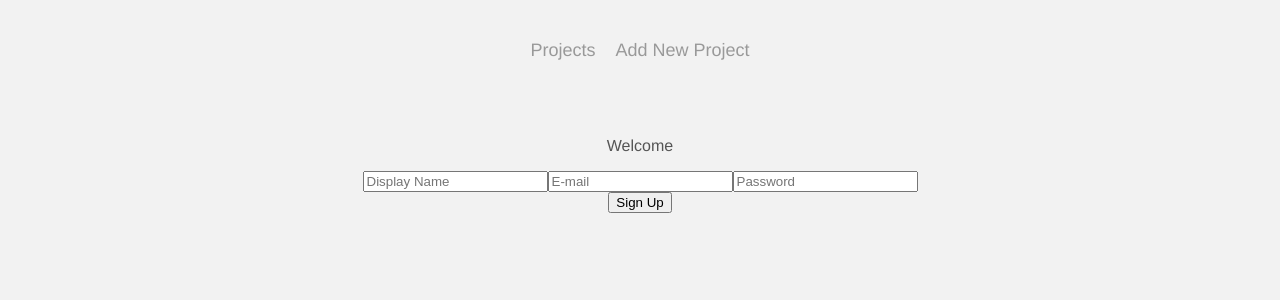
Repository: sercanisli/task-app
Page: /welcome
An editor plug-in stored every save of this project. The page is shown before and after the next save, followed by the edit.
The browser window is 1280 px wide. The pictures show the whole page.
The project was rebuilt for these pictures with package versions that can differ from the ones it lists, and the page was loaded fresh each time. Also part of the build but not shown: vue.config.js, src/components/SingleProject.vue, src/components/FilterNav.vue, src/views/Home.vue, src/assets/main.css. Imported but missing from the stored project, and not drawn on this page: src/views/AddProject.vue.

Above is the page before, as saved 2024-05-01 15:23:54.

### public/index.html
<!DOCTYPE html>
<html lang="">
  <head>
    <meta charset="utf-8">
    <meta http-equiv="X-UA-Compatible" content="IE=edge">
    <meta name="viewport" content="width=device-width,initial-scale=1.0">
    <link rel="icon" href="<%= BASE_URL %>favicon.ico">
    <title><%= htmlWebpackPlugin.options.title %></title>
    <link href="https://fonts.googleapis.com/icon?family=Material+Icons"
      rel="stylesheet">
  </head>
  <body>
    <noscript>
      <strong>We're sorry but <%= htmlWebpackPlugin.options.title %> doesn't work properly without JavaScript enabled. Please enable it to continue.</strong>
    </noscript>
    <div id="app"></div>
    <!-- built files will be auto injected -->
  </body>
</html>

### src/App.vue
<template>
  <div>
    <Navbar />
    <router-view/>
  </div>
</template>

<script>
import Navbar from "./components/Navbar.vue";
  export default {
    components:{
      Navbar
    }
  }
</script>

<style>
body{
  background: #f2f2f2;
}
#app {
  font-family: Avenir, Helvetica, Arial, sans-serif;
  -webkit-font-smoothing: antialiased;
  -moz-osx-font-smoothing: grayscale;
  max-width: 600px;
  margin: 0 auto;
  color: #555;
}
</style>

### src/router/index.js
import { createRouter, createWebHistory } from 'vue-router'
import Home from '../views/Home.vue'

const routes = [
  {
    path: '/',
    name: 'home',
    component: Home
  },
  {
    path: '/add',
    name: 'AddProject',
    component: () => import('../views/AddProject.vue')
  },
  {
    path: '/project/:id',
    name: 'EditProject',
    component: () => import('../views/EditProject.vue'),
    props:true
  },
  {
    path: '/welcome',
    name: 'Welcome',
    component: () => import('../views/Welcome.vue'),
  }
]

const router = createRouter({
  history: createWebHistory(process.env.BASE_URL),
  routes
})

export default router

### src/components/Navbar.vue
<template>
    <nav class="main-nav">
      <router-link :to="{ name: 'home' }">Projects</router-link>
      <router-link :to="{ name: 'AddProject' }">Add New Project</router-link>
    </nav>
  </template>

  <script>
  export default {};
  </script>

  <style>
  .main-nav {
    text-align: center;
    margin: 40px auto;
  }
  .main-nav a {
    display: inline-block;
    text-decoration: none;
    margin: 0 10px;
    color: #999;
    font-size: 18px;
  }
  a.router-link-active {
    border-bottom: 2px solid #76dd78;
    padding-bottom: 4px;
    color: #76dd78;
  }
  </style>

### src/views/Welcome.vue
<template>
  <div class="container welcome">
    <p>Welcome</p>
    <SignupForm />
  </div>
</template>

<script>
import SignupForm from '../components/SignupForm.vue'

export default {
  components:{
    SignupForm
  }
}
</script>

<style>
.welcome{
    text-align: center;
    padding: 20px 0;
}
</style>

### src/components/SignupForm.vue
<template>
  <form @submit.prevent="handleSubmit">
    <input type="text" required placeholder="Display Name" v-model="displayName">
    <input type="email" required placeholder="E-mail" v-model="email">
    <input type="password" required placeholder="Password" v-model="password">
    <button>Sign Up</button>
  </form>
</template>

<script>
import {ref} from 'vue';

export default {
 setup() {
    const displayName = ref('')
    const email = ref('')
    const password = ref('')

    const handleSubmit = () =>{
        console.log(displayName.value, email.value, password.value);
    }

    return {displayName, email, password, handleSubmit};
 }
}
</script>

<style>

</style>

### src/components/LoginForm.vue
<template>
  <form @submit.prevent="handleLogin">
    <input type="email" required placeholder="E-mail" v-model="email">
    <input type="password" required placeholder="Password" v-model="password">
    <button>Login</button>
  </form>
</template>

<script>
import {ref} from 'vue';

export default {
 setup() {
    const email = ref('')
    const password = ref('')

    const handleLogin = () =>{
        console.log(email.value, password.value);
    }

    return {email, password, handleLogin};
 }
}
</script>

<style>

</style>

Loaded but not shown: src/main.js (common file)

After the next save:
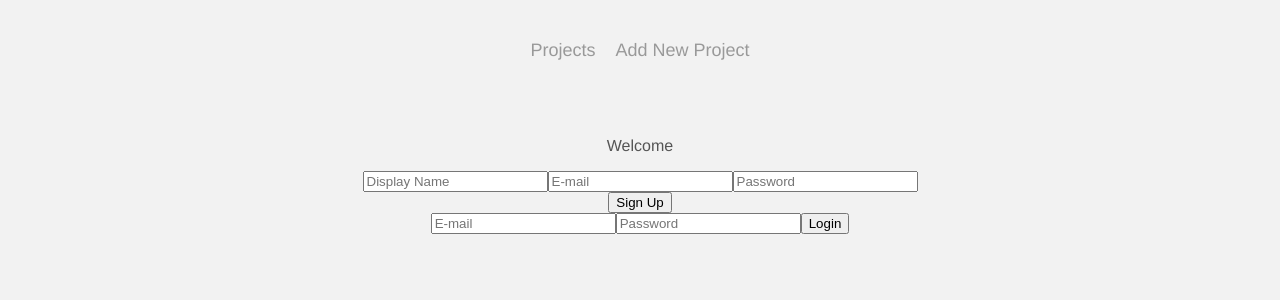
Saved 34 s later.
--- a/src/views/Welcome.vue
+++ b/src/views/Welcome.vue
@@ -2,15 +2,18 @@
   <div class="container welcome">
     <p>Welcome</p>
     <SignupForm />
+    <LoginForm />
   </div>
 </template>
 
 <script>
 import SignupForm from '../components/SignupForm.vue'
+import LoginForm from '../components/LoginForm.vue'
 
 export default {
   components:{
-    SignupForm
+    SignupForm,
+    LoginForm
   }
 }
 </script>
